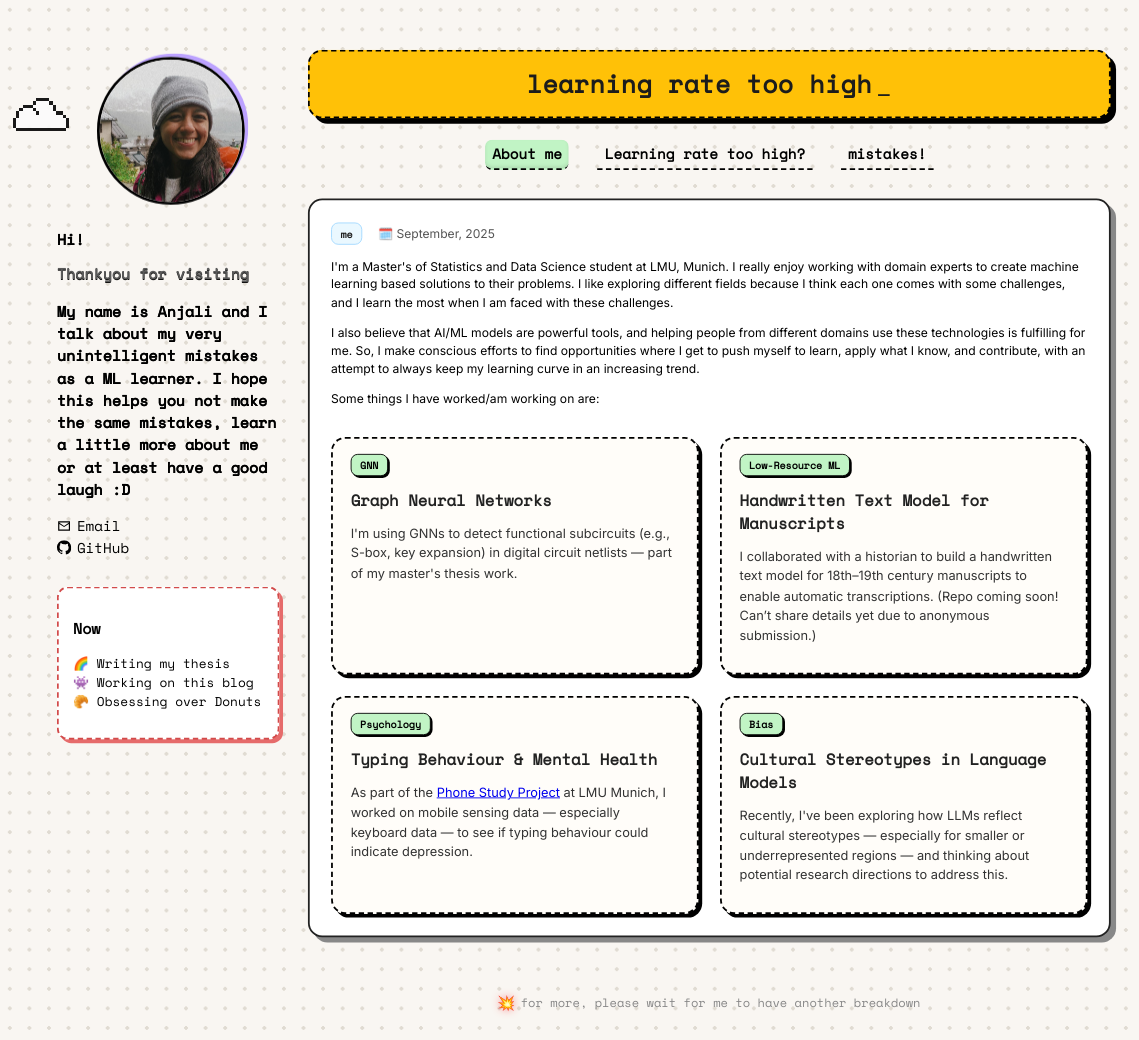
Repository: anjalisarawgi/learning_rate_too_high
Page: index.html
These files come from the project's save history. The page is drawn as it stood at one moment and after the next save; the edit follows.
The browser window is 1280 px wide. The pictures show the whole page, at 89% of full size.

Above is the page before, as saved 2025-11-03 18:17:55.

After the next save:
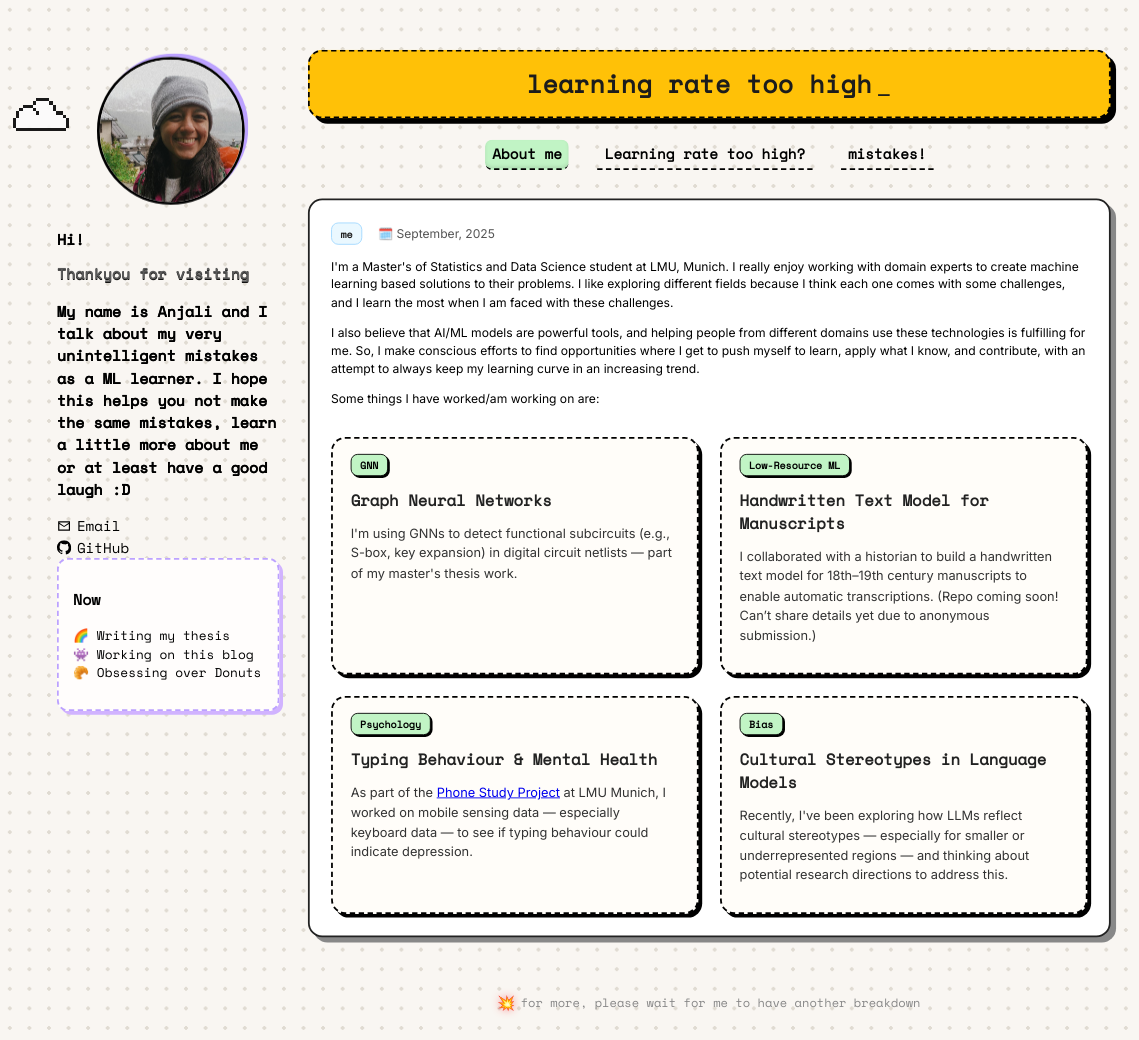
Saved 4 s later.
--- a/index.html
+++ b/index.html
@@ -129,17 +129,14 @@ nav a.active {
     }
 
     .now-block {
-      background: #fff ;
-      font-size: 0.9rem;
-      padding: 1rem;
-      border-radius: 0.75rem;
-      margin-top: 2rem;
-      /* box-shadow: 4px 4px 0 #bca2ff; soft purple shadow */
-      /* border: 2px dashed #8e72d6; retro purple border */
-      box-shadow: 4px 4px 0 #E66B6B; /* balanced warm red shadow */
-  border: 2px dashed #D24B4B;   /* slightly deeper coral border */
-      color: #000;
-    }
+  background: #fffdfc;
+  border: 2px dashed #bca2ff;
+  box-shadow: 4px 4px 0 #d1b3ff;
+  border-radius: 0.75rem;
+  padding: 1rem;
+  font-size: 0.9rem;
+  color: #000;
+}
     footer {
       text-align: center;
       margin-top: 4rem;
